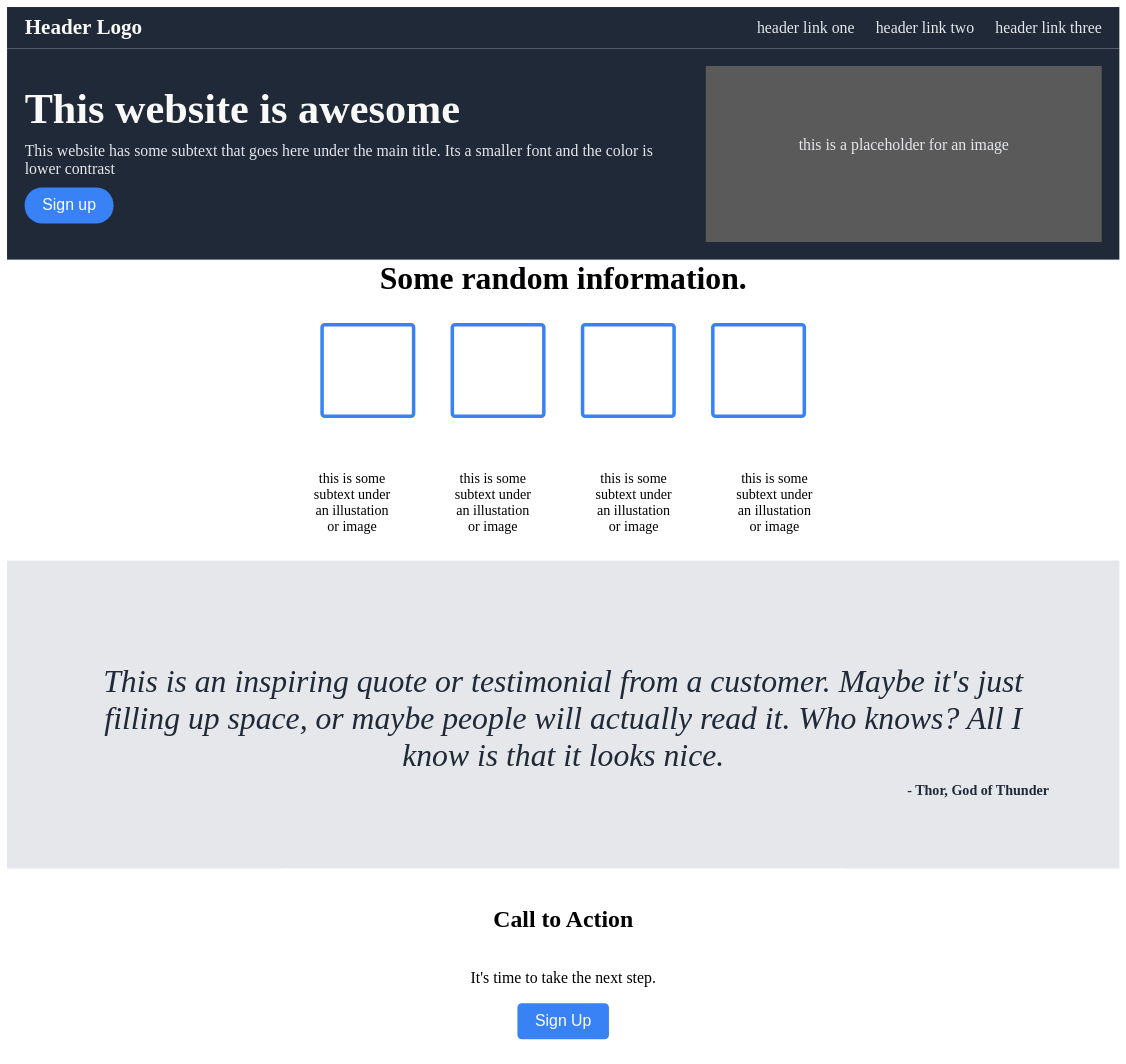
Repository: mnhardy1504/odin-recipes1
Page: flexboxlanding/index.html
These files come from the project's save history. The page is drawn as it stood at one moment and after the next save; the edit follows.
The browser window is 1280 px wide. The pictures show the whole page, at 88% of full size.

Above is the page before, as saved 2023-09-13 13:20:15.

After the next save:
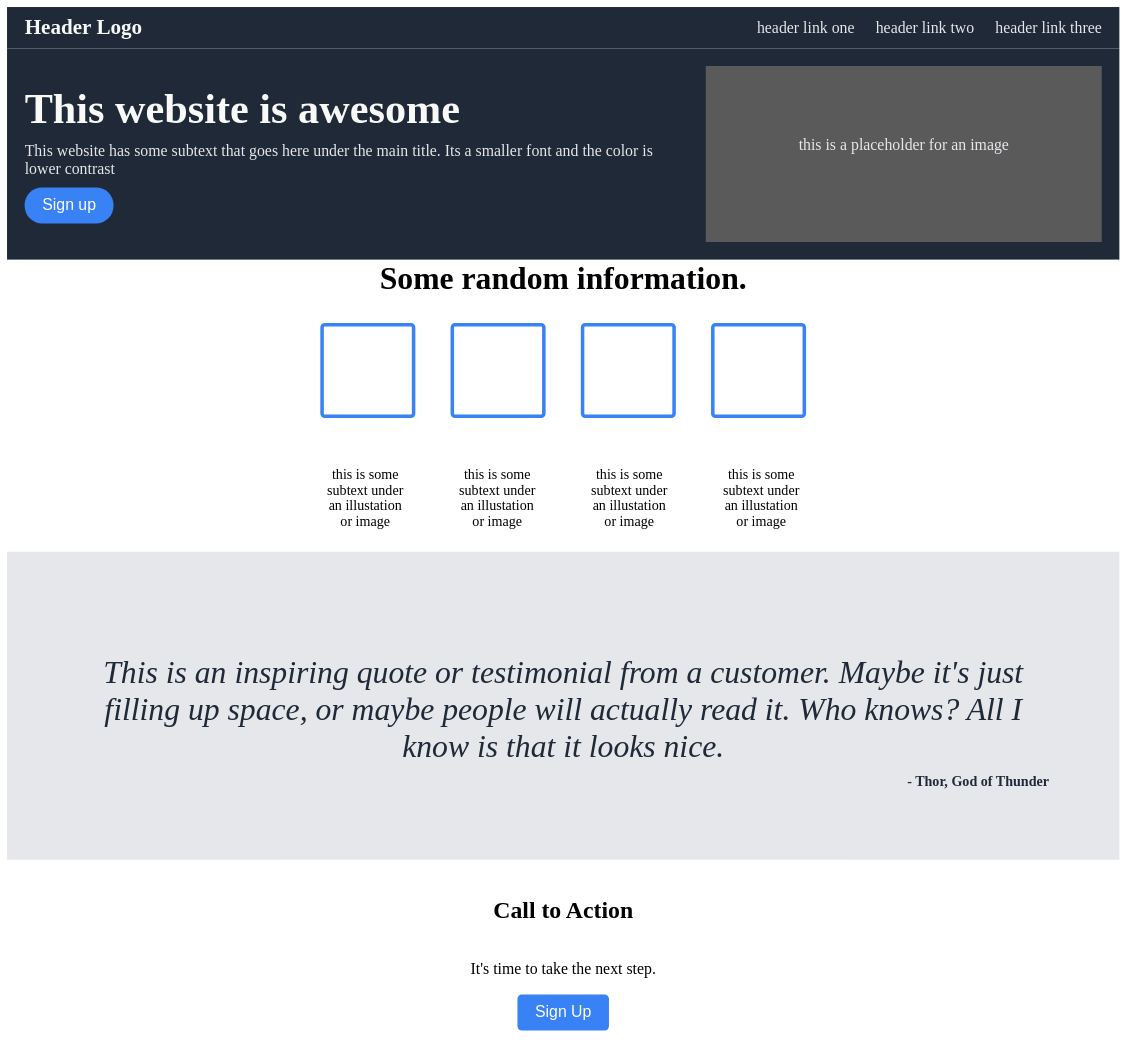
Saved 46 s later.
--- a/flexboxlanding/index.css
+++ b/flexboxlanding/index.css
@@ -101,7 +101,7 @@ h1 {
 .text-box {
     width: 100px;
     text-align: center;
-    margin: 30px;
+    margin: 25px;
 }
 
 .random {
